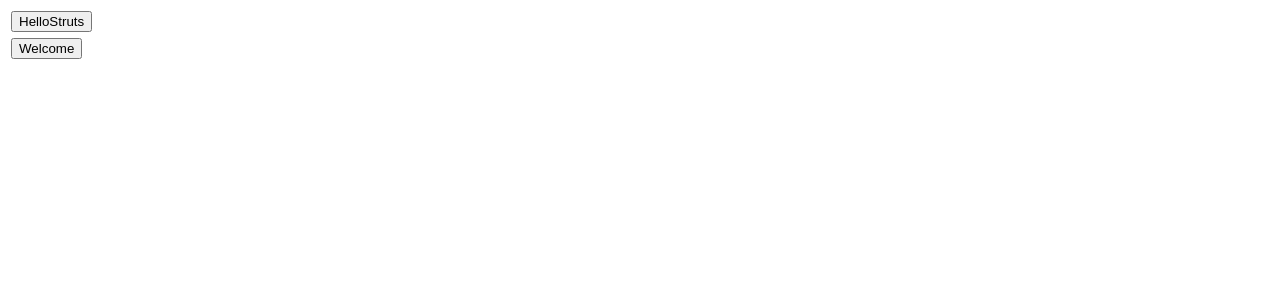
Repository: takano-yoko/test
Page: http://localhost/WebProj/
An editor plug-in stored every save of this project. The page is shown before and after the next save, followed by the edit.
The browser window is 1280 px wide. The pictures show the whole page.
The page is served by Tomcat 9.

Above is the page before, as saved 2019-03-22 10:23:42.

After the next save:
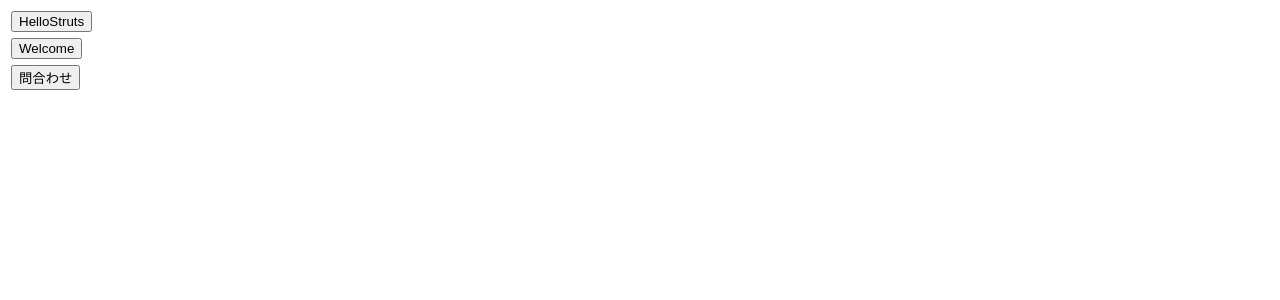
Saved 2 min 41 s later.
--- a/WebProj/WebContent/index.jsp
+++ b/WebProj/WebContent/index.jsp
@@ -18,5 +18,10 @@
 <s:submit value="Welcome"/>
 
 </s:form>
+
+<s:form action="InquiryAction">
+<s:submit value="問合わせ"/>
+</s:form>
+
 </body>
 </html>
